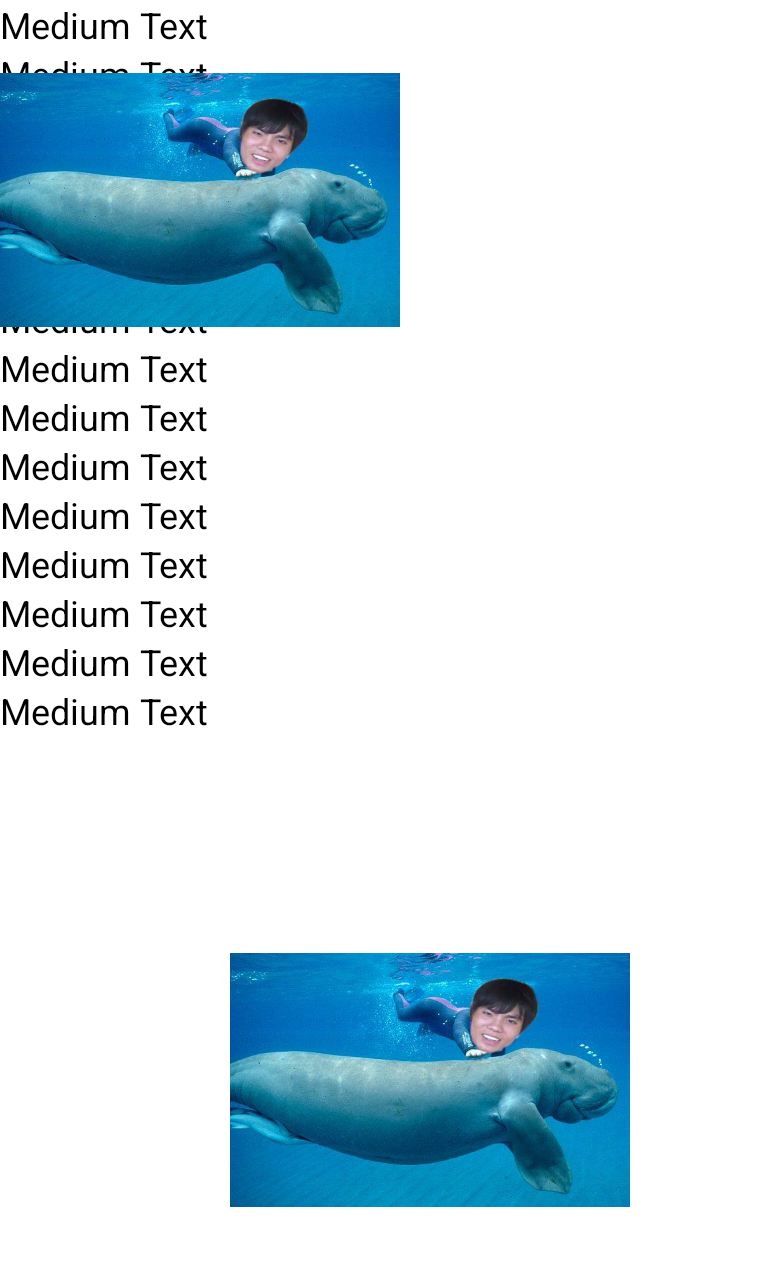
Repository: hieu19926/Non_cable_networking
Layout: SecondGraders/res/layout/mucluc.xml
An editor plug-in stored every save of this project. The layout is shown before and after the next save, followed by the edit.
It is drawn on a 768 x 1280 px phone screen (xhdpi) without system bars, with theme AppTheme; the app's code is not run.

Above is the layout before, as saved 2014-10-05 09:19:54.

After the next save:
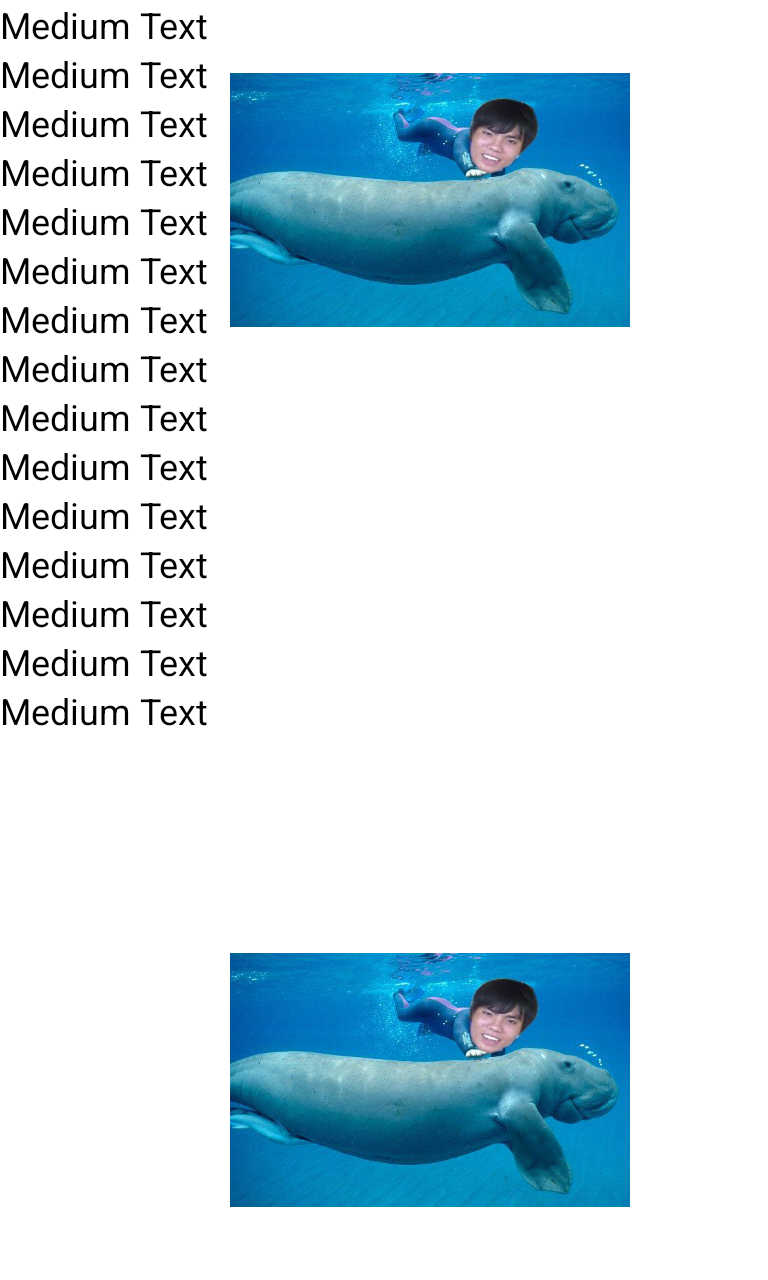
Saved 23 s later.
--- a/SecondGraders/res/layout/mucluc.xml
+++ b/SecondGraders/res/layout/mucluc.xml
@@ -138,6 +138,7 @@
         android:id="@+id/imageView2"
         android:layout_width="200dp"
         android:layout_height="200dp"
+        android:layout_toRightOf="@+id/scrollView1"
         android:src="@drawable/ca_kua" />
 
 </RelativeLayout>
